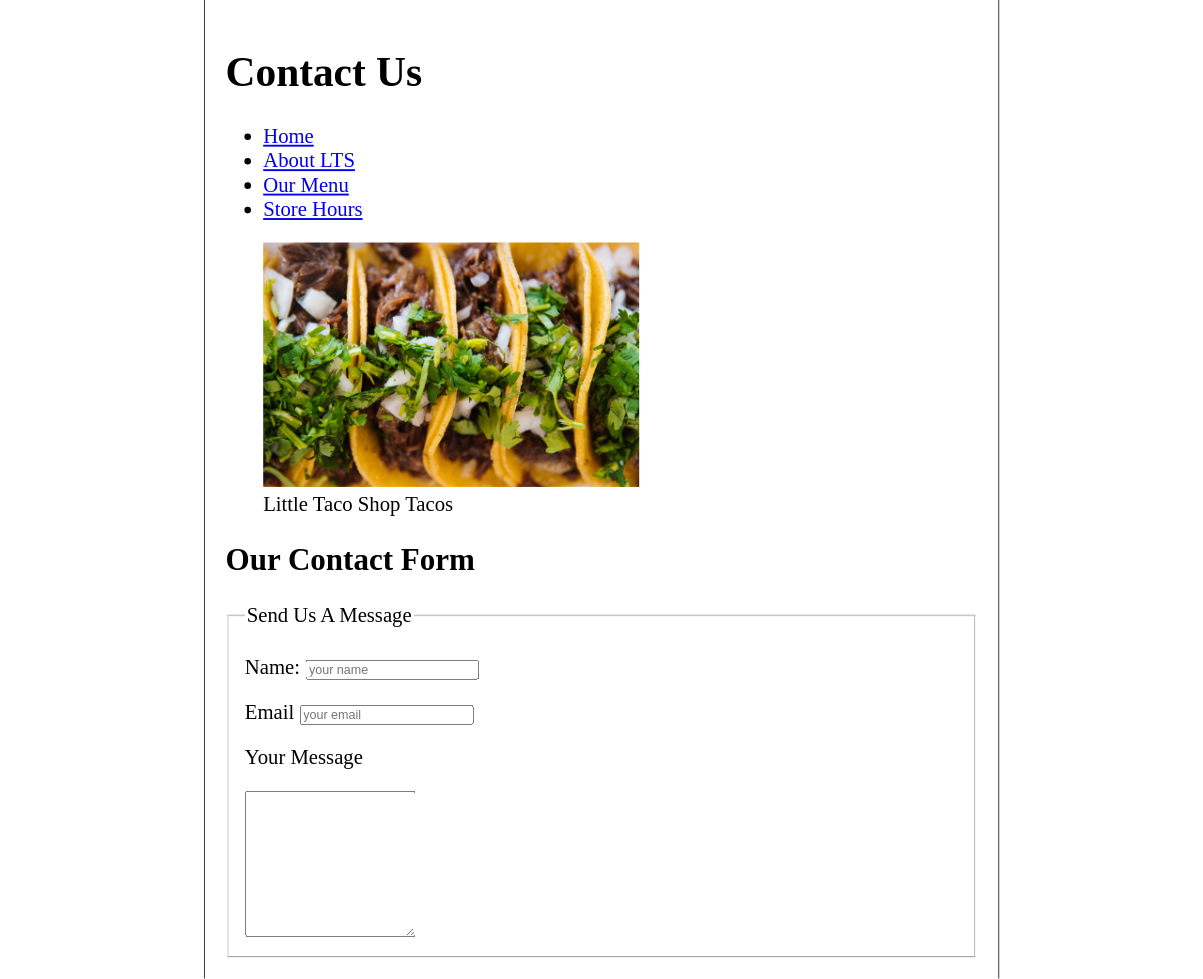
Repository: Israa-Odeh/html-basics-project
Page: contact.html
These files come from the project's save history. The page is drawn as it stood at one moment and after the next save; the edit follows.
The browser window is 1280 px wide. The pictures show the whole page, at 94% of full size.

Above is the page before, as saved 2024-08-20 03:08:26.

### contact.html
<!DOCTYPE html>
<html>

<head>
    <meta charset="UTF-8">
    <meta name="author" content="Israa Odeh">
    <meta name="description"
        content="Get in touch with Little Taco Shop! Visit our Contact Us page for our phone number, and location details. We are here to help with any questions or feedback.">
    <title>Contact Us - LTS</title>
    <link rel="icon" href="favicon.ico" type="image/x-icon">
    <link rel="stylesheet" href="css/style.css">
</head>

<body>
    <header>
        <h1>Contact Us</h1>
        <nav>
            <ul>
                <li>
                    <a href="index.html">Home</a>
                </li>
                <li>
                    <a href="index.html#about">About LTS</a>
                </li>
                <li>
                    <a href="index.html#menu">Our Menu</a>
                </li>
                <li>
                    <a href="hours.html">Store Hours</a>
                </li>
            </ul>
        </nav>
        <figure>
            <img src="img/tacos_close_up_400x260.png"
                alt="Close-up of a taco topped with fresh onions and vibrant parsley." width="400" height="260">
            <figcaption>Little Taco Shop Tacos</figcaption>
        </figure>
    </header>

    <main>
        <h2>Our Contact Form</h2>
        <form action="https://httpbin.org/post" method="post">
            <fieldset>
                <legend>Send Us A Message</legend>
                <p>
                    <label for="name">Name:</label>
                    <input type="text" id="name" name="name" placeholder="your name" required autocomplete="name">
                </p>
                <p>
                    <label for="email">Email</label>
                    <input type="email" id="email" name="email" placeholder="your email" required autocomplete="email">
                </p>
                <p>Your Message</p>
                <textarea name="messgae" id="message" rows="10" cols="20"></textarea>
            </fieldset>
        </form>

    </main>

    <footer>

    </footer>

</body>

</html>

Loaded but not shown: css/style.css (common file)

After the next save:
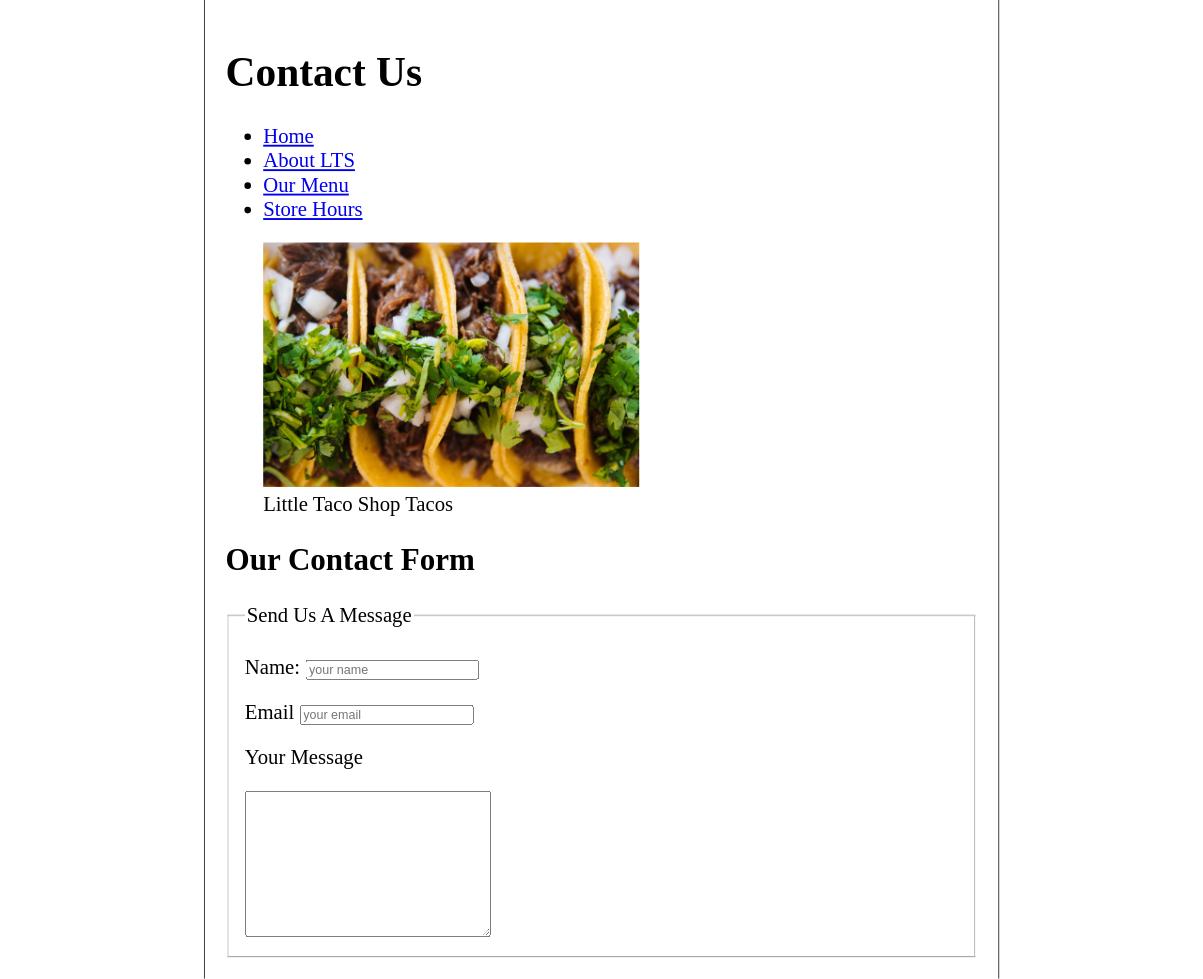
Saved 4 s later.
--- a/contact.html
+++ b/contact.html
@@ -51,7 +51,7 @@
                     <input type="email" id="email" name="email" placeholder="your email" required autocomplete="email">
                 </p>
                 <p>Your Message</p>
-                <textarea name="messgae" id="message" rows="10" cols="20"></textarea>
+                <textarea name="messgae" id="message" rows="10" cols="30"></textarea>
             </fieldset>
         </form>
 
